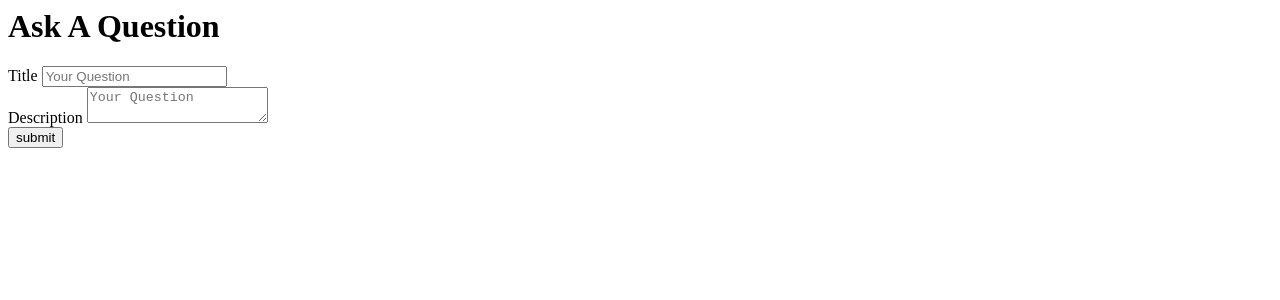
Repository: zeeShanizeeshan/php-project
Page: http://localhost/client/ask.php
These files come from the project's save history. The page is drawn as it stood at one moment and after the next save; the edit follows.
The browser window is 1280 px wide. The pictures show the whole page.
The page is run by PHP 8.4 with error messages shown; the project is at /var/www/html/.

Above is the page before, as saved 2025-12-08 16:15:06.

After the next save:
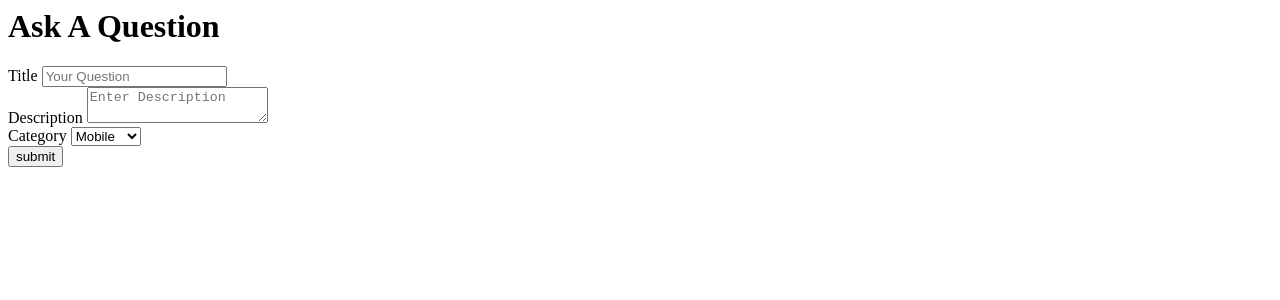
Saved 2 min 37 s later.
--- a/client/ask.php
+++ b/client/ask.php
@@ -9,7 +9,17 @@
 
         <div class="col-6 offset-sm-3 margin-bottom">
             <label for="description" class="form-label">Description</label>
-            <textarea name="description" class="form-control" id="description" placeholder="Your Question"></textarea>
+            <textarea name="description" class="form-control" id="description" placeholder="Enter Description"></textarea>
+        </div>
+
+        <div class="col-6 offset-sm-3 margin-bottom">
+            <label for="category" class="form-label">Category</label>
+            <select name="category" id="category">
+                <option value="">Mobile</option>
+                <option value="">General</option>
+                <option value="">Coding</option>
+                <option value="">Laptop</option>
+            </select>
         </div>
 
         <div class="col-6 offset-sm-3">
